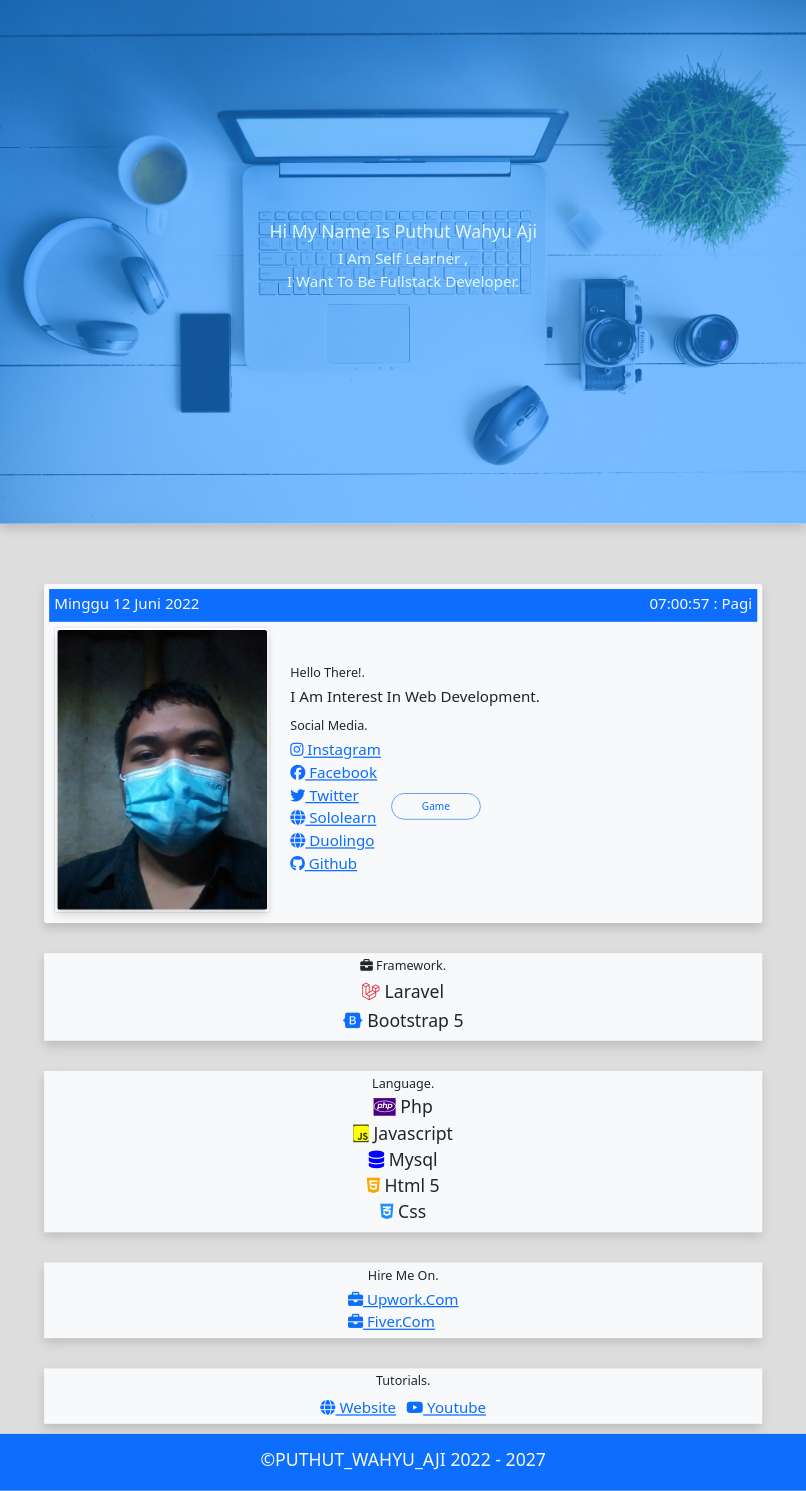
Repository: initer3737/initer3737.github.io
Page: index.html
An editor plug-in stored every save of this project. The page is shown before and after a run of saves, followed by the edit.
The browser window is 1280 px wide. The pictures show the whole page, at 63% of full size.
Some web libraries are served in a nearby version.

Above is the page before, as saved 2022-06-12 07:04:27.

After the next 4 saves:
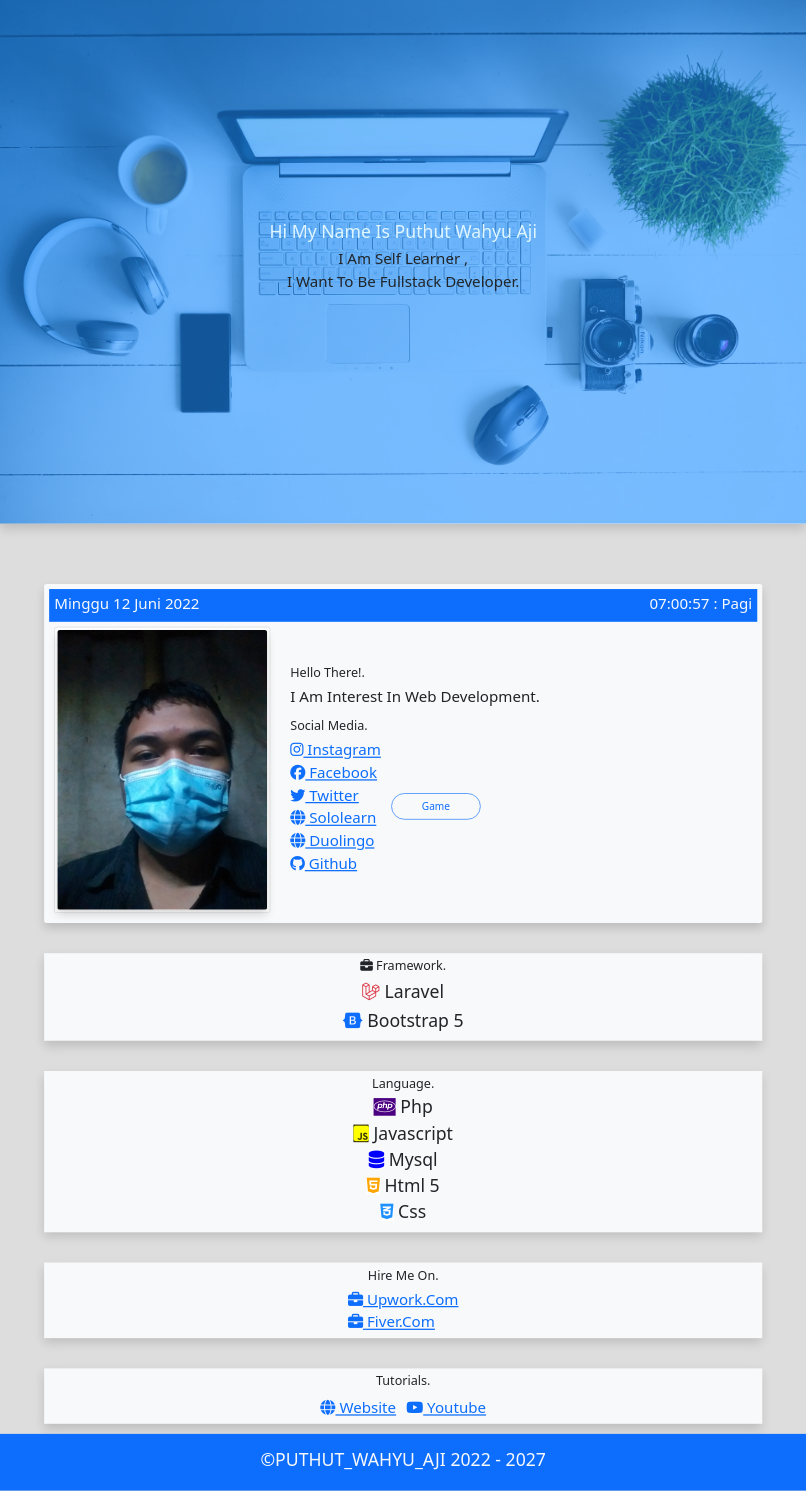
The 4 saves are shown as one change because they came seconds apart.
The last was saved 11 s later.
--- a/index.html
+++ b/index.html
@@ -14,8 +14,8 @@
     <header class="position-relative shadow">
         <img src="img/computer-2982270_1920.jpg" class="w-100">
         <div class="filter"></div>
-        <div class="text-container position-absolute text-center container color-1">
-            <h5 class="fs-3">hi my name is puthut wahyu aji</h5>
+        <div class="text-container position-absolute text-center container">
+            <h5 class="fs-3 color-1">hi my name is puthut wahyu aji</h5>
             <p class="fs-4">
                 i am self learner , <br> i want to be fullstack developer.
             </p>

After the 2 saves that followed:
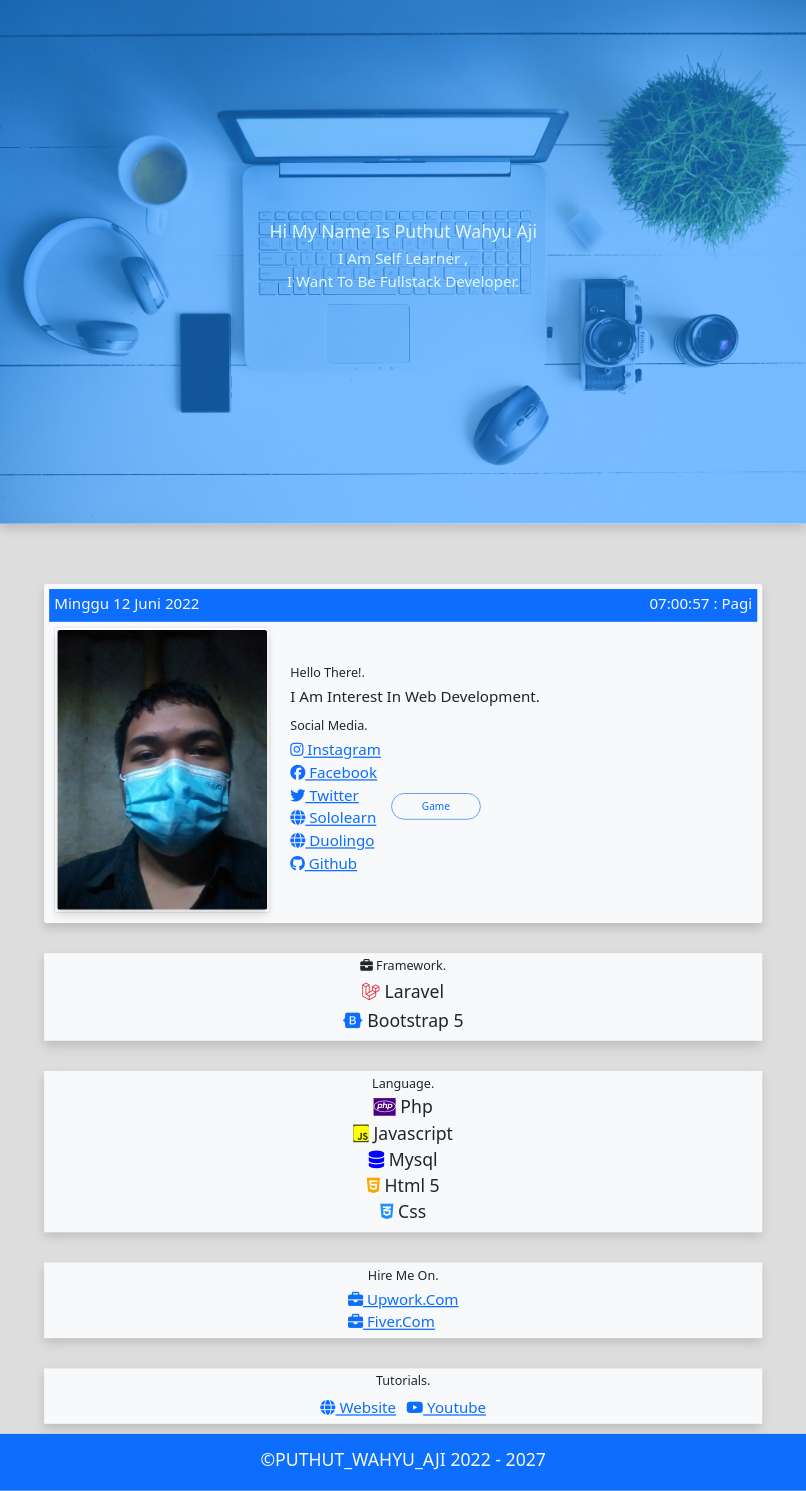
The 2 saves are shown as one change because they came seconds apart.
The last was saved 18 s later.
--- a/index.html
+++ b/index.html
@@ -16,7 +16,7 @@
         <div class="filter"></div>
         <div class="text-container position-absolute text-center container">
             <h5 class="fs-3 color-1">hi my name is puthut wahyu aji</h5>
-            <p class="fs-4">
+            <p class="fs-4 color-1">
                 i am self learner , <br> i want to be fullstack developer.
             </p>
         </div>
